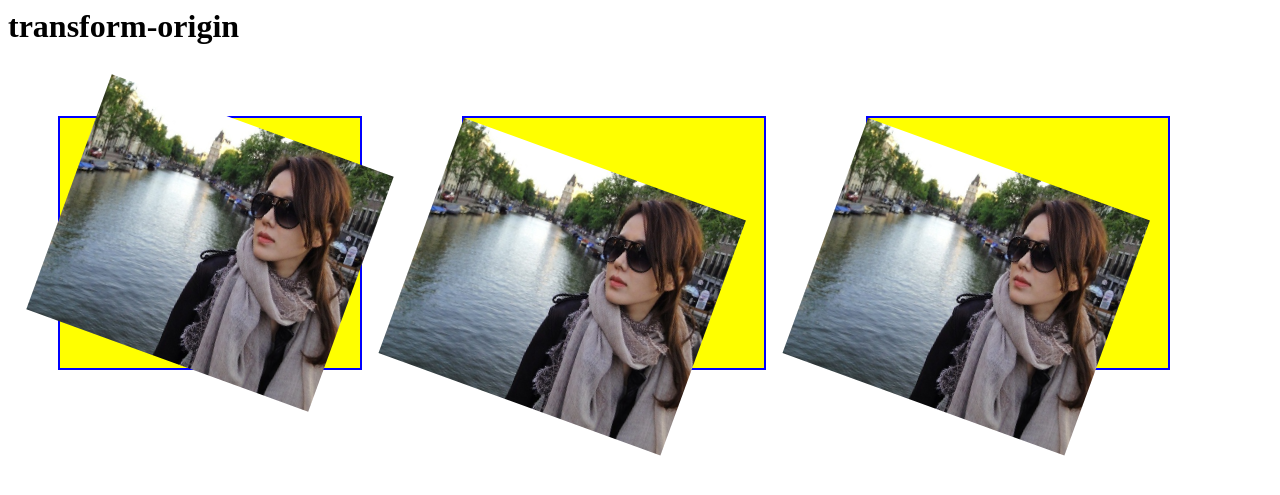
Repository: hojohe/bit-java
Page: 07_css/WebContent/14_transform/05_transform-origin.htm
These files come from the project's save history. The page is drawn as it stood at one moment and after a run of saves; the edit follows.
The browser window is 1280 px wide. The pictures show the whole page.

Above is the page before, as saved 2017-01-25 01:52:54.

After the next 2 saves:
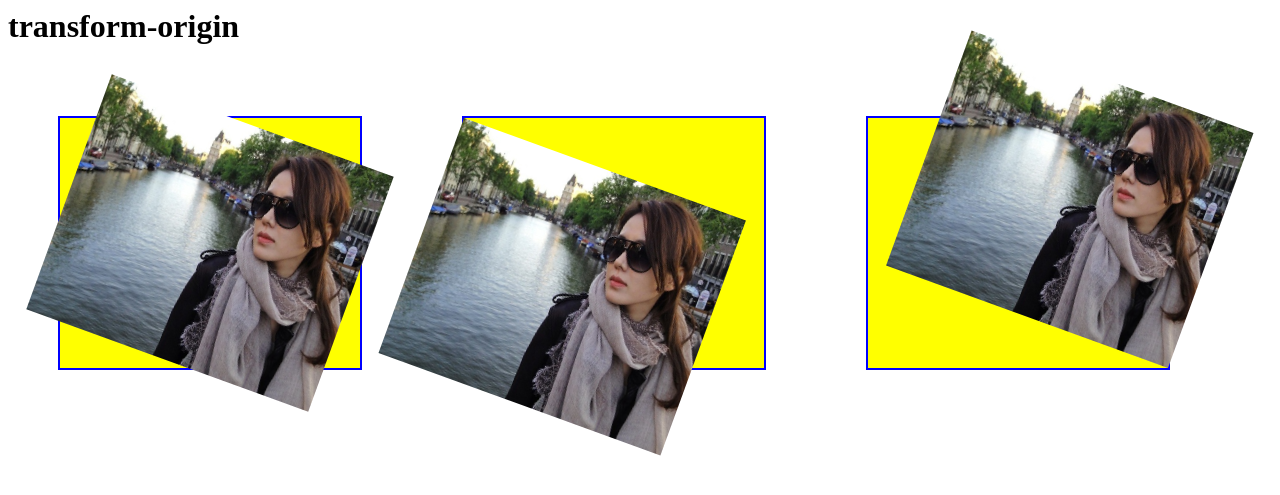
The 2 saves are shown as one change because they came seconds apart.
The last was saved 7 s later.
--- a/07_css/WebContent/14_transform/05_transform-origin.htm
+++ b/07_css/WebContent/14_transform/05_transform-origin.htm
@@ -22,7 +22,7 @@
     	transform: rotate(20deg);
     }
     #x2 > img {
-    	transform-origin: left top;
+    	transform-origin: right bottom;
     	transform: rotate(20deg);
     }
 </style>

After the 3 saves that followed:
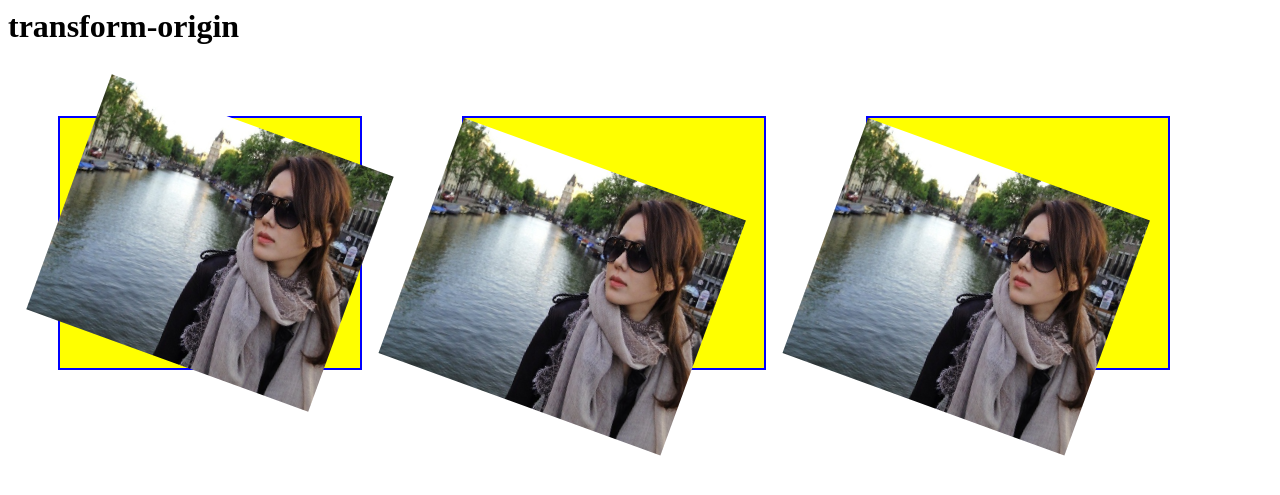
The 3 saves are shown as one change because 2 left the picture as it was.
The last was saved 46 s later.
--- a/07_css/WebContent/14_transform/05_transform-origin.htm
+++ b/07_css/WebContent/14_transform/05_transform-origin.htm
@@ -19,10 +19,12 @@
     #x > img { transform: rotate(20deg); }
     #x1 > img {
     	transform-origin: left top;
+    	transform-origin: 0% 0%;
     	transform: rotate(20deg);
     }
     #x2 > img {
     	transform-origin: right bottom;
+    	transform-origin: 0% 0%;
     	transform: rotate(20deg);
     }
 </style>
